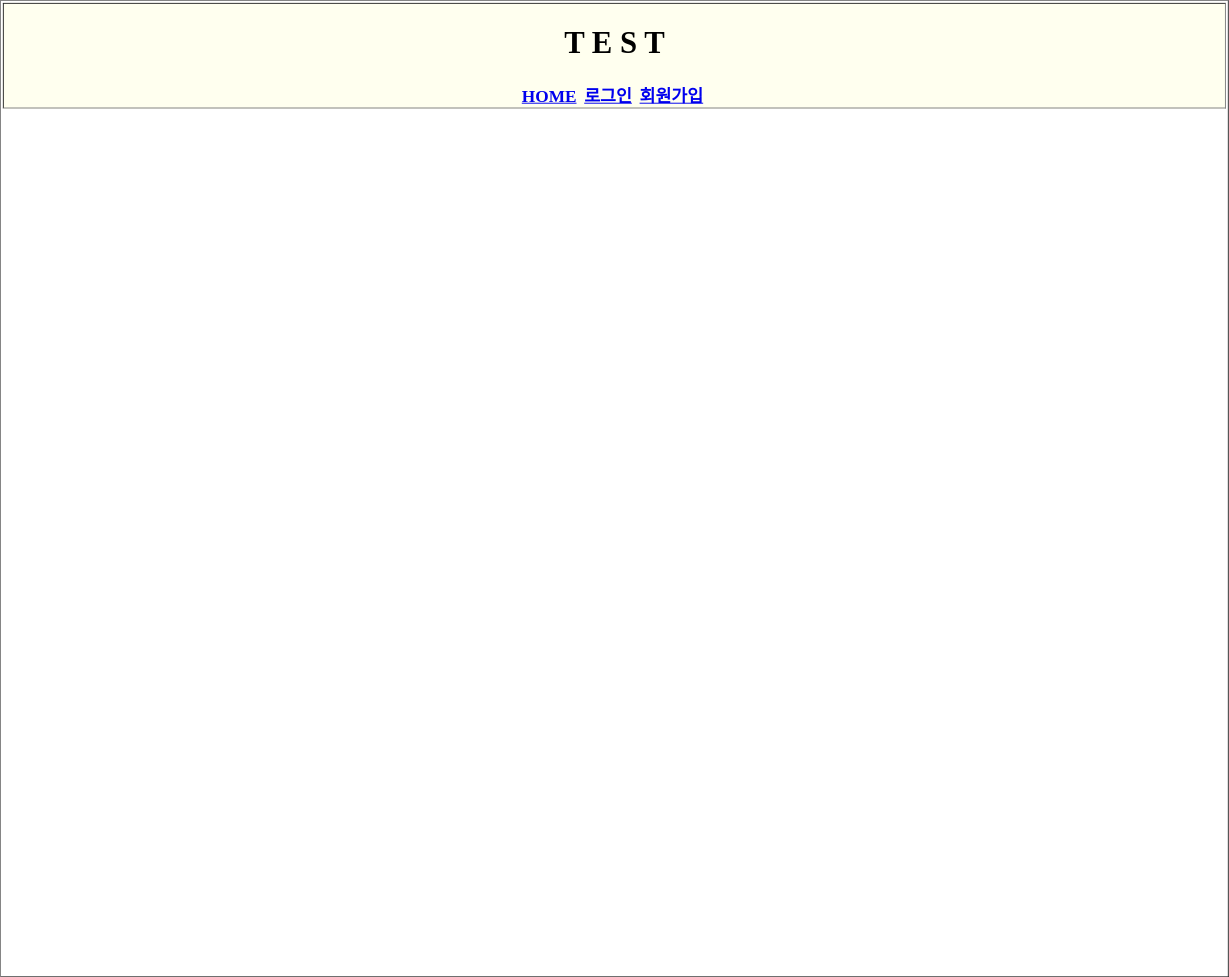
Repository: CHANGMAN-LEE/Java_ee
Page: workspace/test/WebContent/test/index.html
These files come from the project's save history. The page is drawn as it stood at one moment and after the next save; the edit follows.
The browser window is 1280 px wide. The pictures show the whole page, at 96% of full size.

Above is the page before, as saved 2020-07-09 05:55:04.

After the next save:
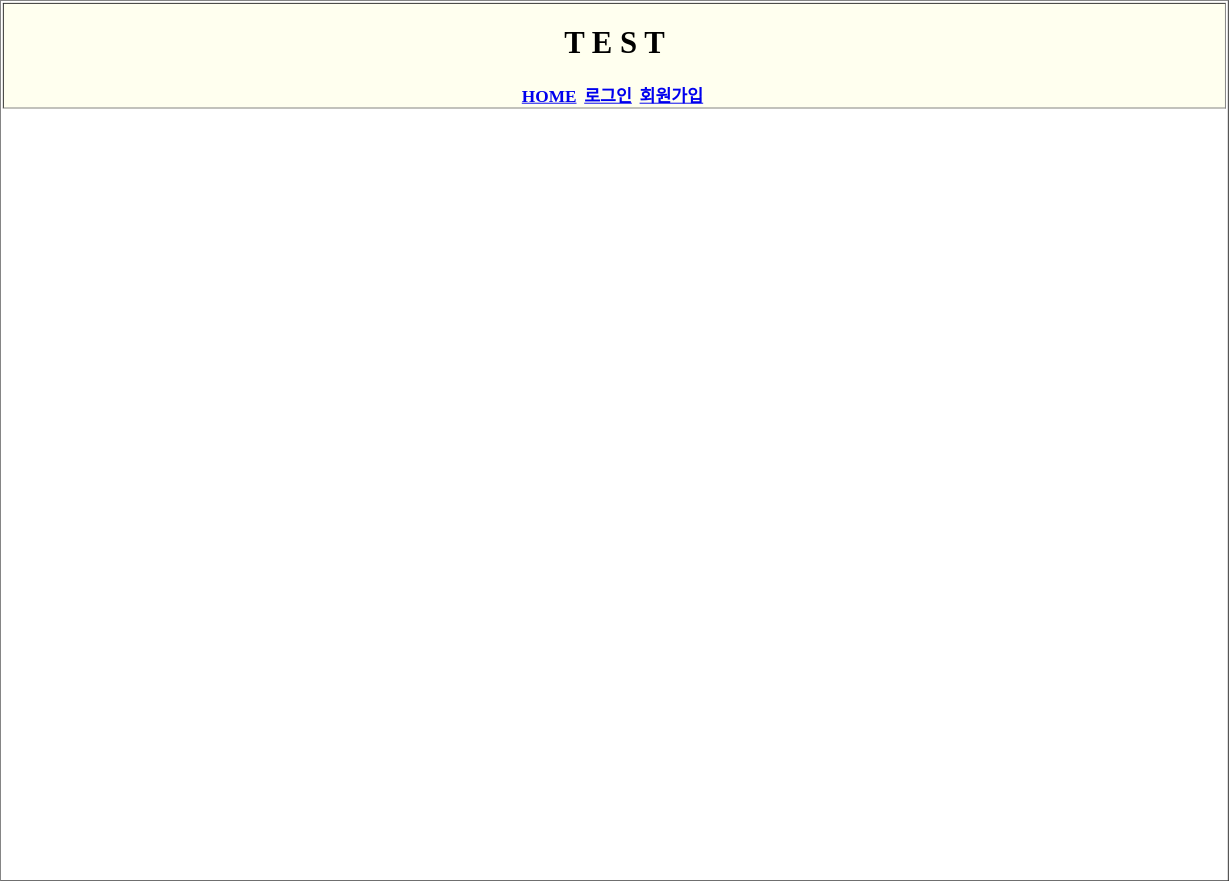
Saved 7 s later.
--- a/workspace/test/WebContent/test/index.html
+++ b/workspace/test/WebContent/test/index.html
@@ -14,7 +14,7 @@
 			<a href="../test/writeForm.jsp"><font size="4"><strong>회원가입</strong></font></a>&nbsp;
 		</td>
 	</tr>
-	<tr width="300" height="900" valign="top" align="center" style="background-color:#FFFFEBCD">
+	<tr width="300" height="800" valign="top" align="center" style="background-color:#FFFFEBCD">
 
 	</tr>
 </table>
